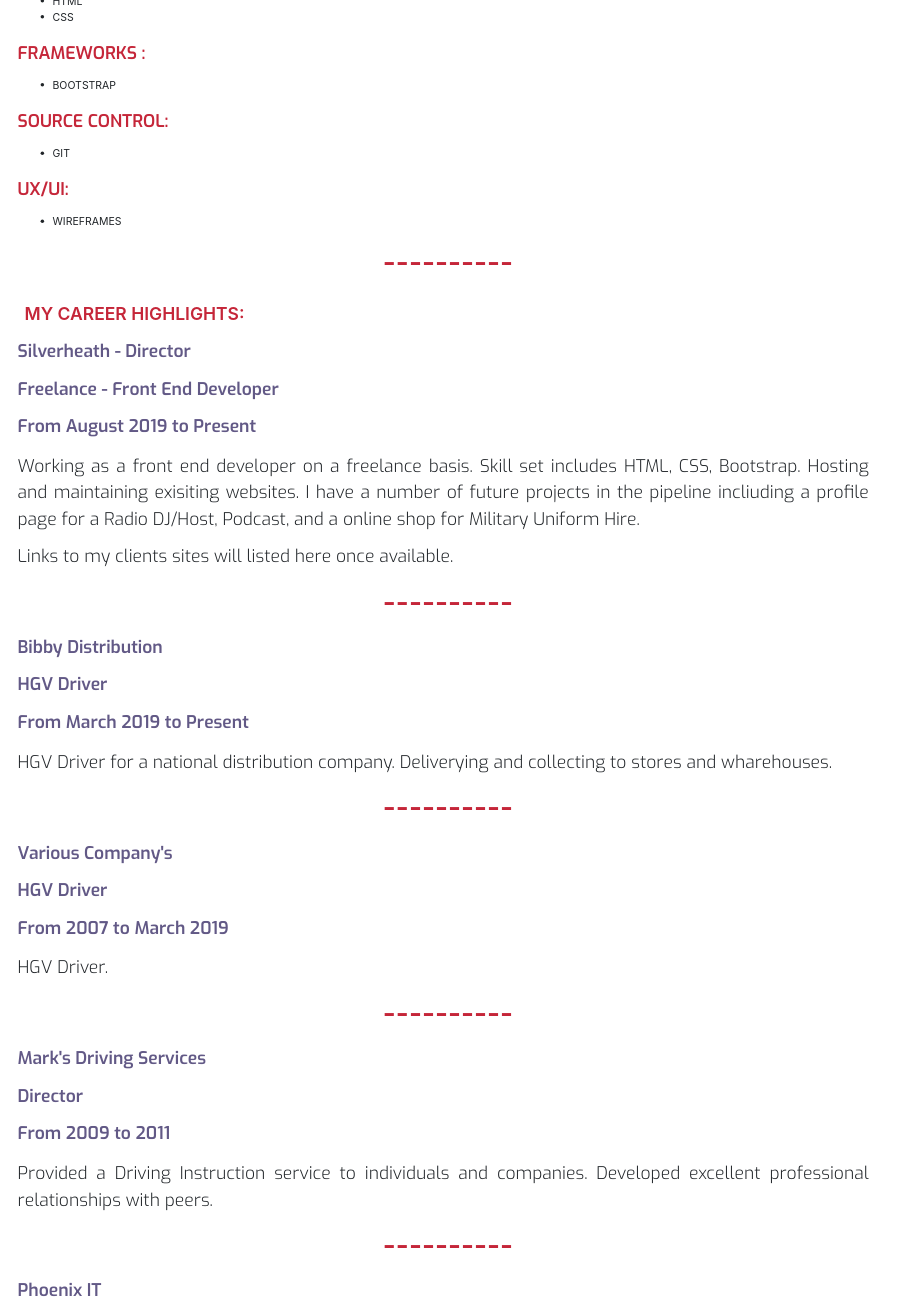
Repository: Code-Institute-Submissions/silverheath
Page: resume.html
The author's editor kept a record of every edit. The page is drawn from the files as they stood at one moment, then again after the next edit.
The browser window is 1280 px wide. The page is 1305 px wide, so the pictures cover 1305 px, including what lies to the right of the window. The pictures show the part of the page from y = 461 to 2341 px (the page is 3009 px tall before and 3000 px after), at 70% of full size.
Some web libraries are served in a nearby version.

Above is the page before.

After the next edit:
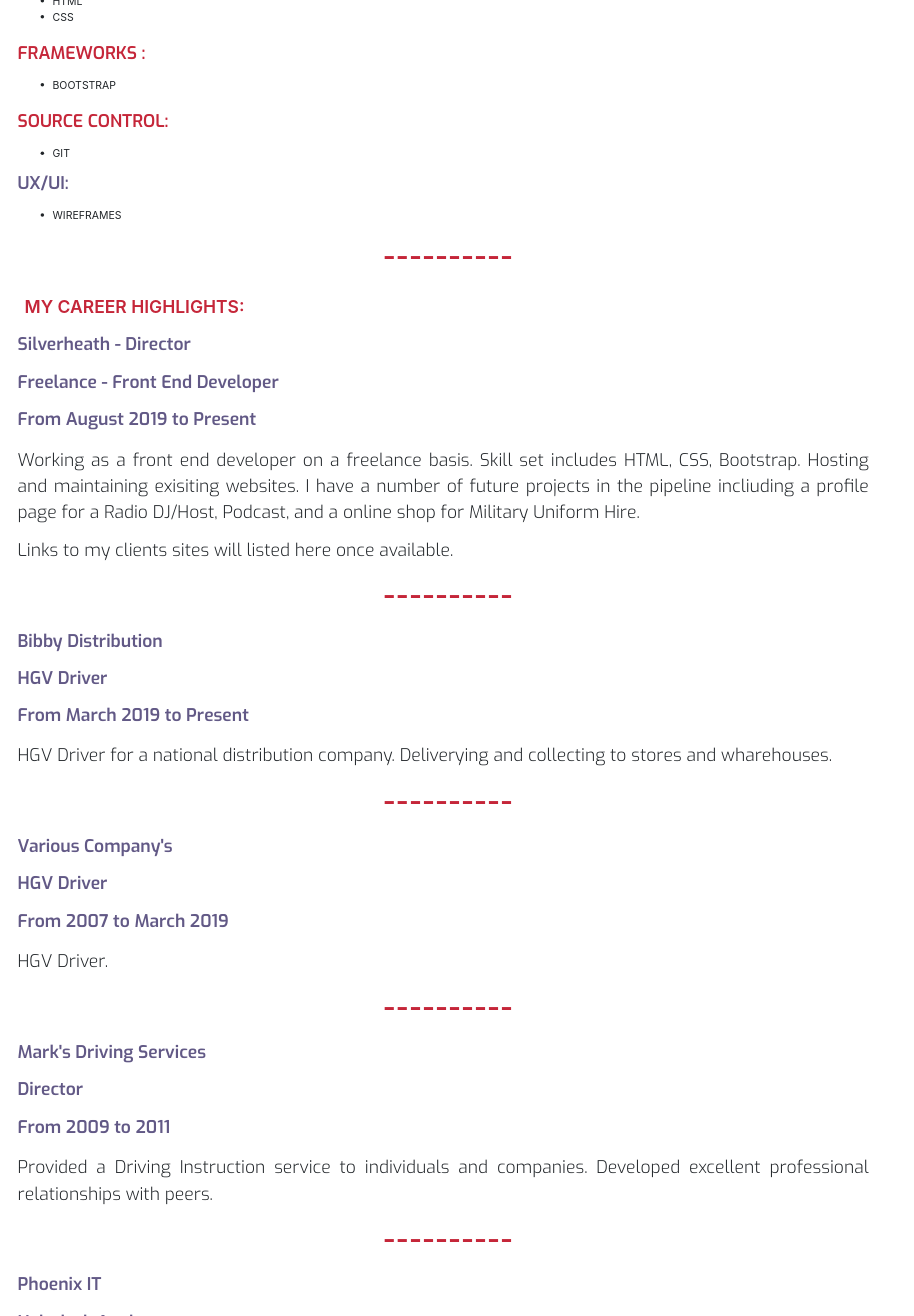
The edit:
--- a/resume.html
+++ b/resume.html
@@ -56,28 +56,28 @@
         <div>
             <h4 class="section-heading uppercase about-header">Frontend:</h4>
             <div class=resume-list uppercase>
-            <ul>
-                <li>HTML</li>
-                <li>CSS</li>
-            </ul>
+                <ul>
+                    <li>HTML</li>
+                    <li>CSS</li>
+                </ul>
             </div>
             <h4 class="section-heading uppercase about-header">Frameworks :</h4>
-             <div class="resume-list uppercase">
-            <ul>
-                <li>Bootstrap</li>
-            </ul>
+            <div class="resume-list uppercase">
+                <ul>
+                    <li>Bootstrap</li>
+                </ul>
             </div>
             <h4 class="section-heading uppercase about-header">Source control:</h4>
-             <div class="resume-list uppercase">
-            <ul>
-                <li>Git</li>
-            </ul>
-            </div>
-            <h4 class="section-heading uppercase about-header">UX/UI:</h4>
-             <div class="resume-list uppercase">
-            <ul>
-                <li>Wireframes</li>
-            </ul>
+            <div class="resume-list uppercase">
+                <ul>
+                    <li>Git</li>
+                </ul>
+            </div>
+            <h4 class="section-heading uppercase resume-header">UX/UI:</h4>
+            <div class="resume-list uppercase">
+                <ul>
+                    <li>Wireframes</li>
+                </ul>
             </div>
         </div>
     </div>
